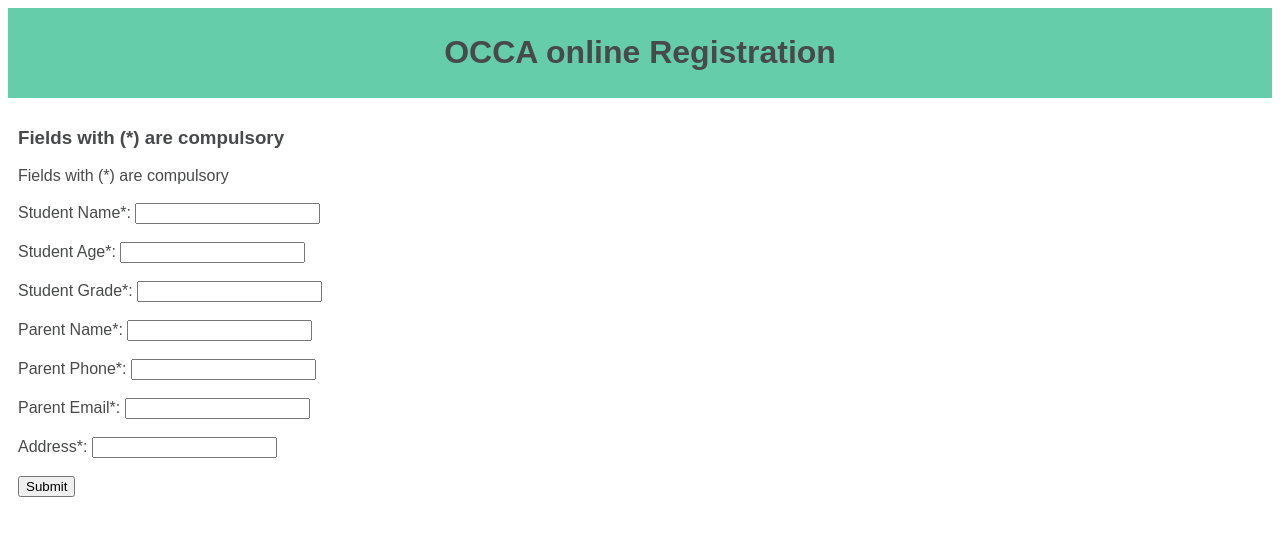
Repository: dreamxia329/TechExercise4830
Page: T3-0325-xia/T3-webProject-Xia/WebContent/register.html
An editor plug-in stored every save of this project. The page is shown before and after the next save, followed by the edit.
The browser window is 1280 px wide. The pictures show the whole page.

Above is the page before, as saved 2022-03-31 17:31:17.

After the next save:
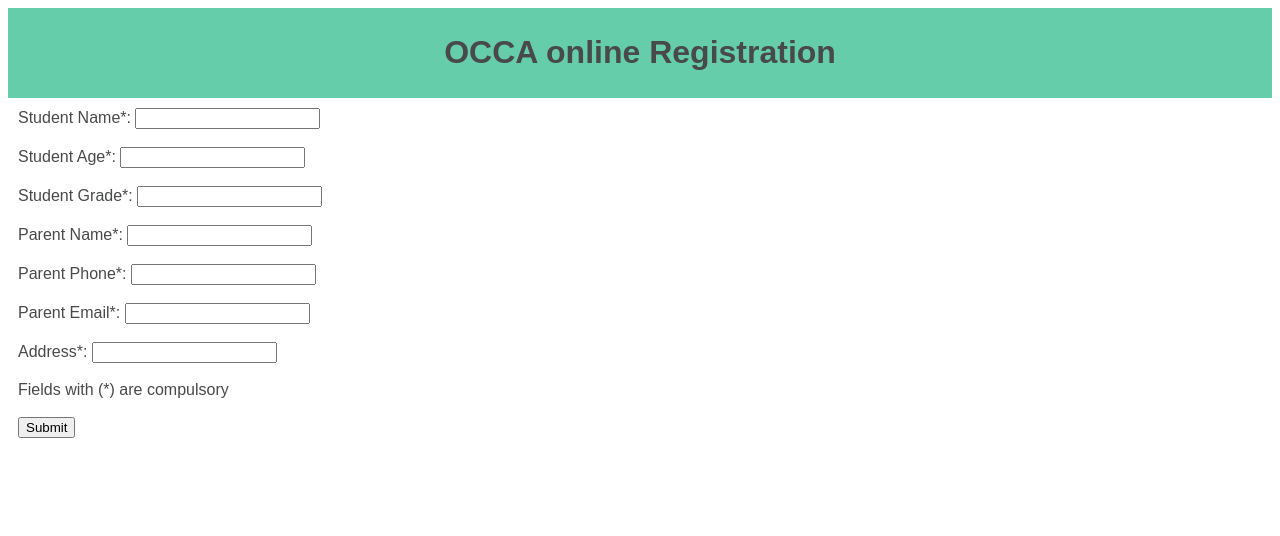
Saved 50 s later.
--- a/T3-0325-xia/T3-webProject-Xia/WebContent/register.html
+++ b/T3-0325-xia/T3-webProject-Xia/WebContent/register.html
@@ -32,10 +32,8 @@ section {
 
 	<section>
 
-	<h3>Fields with (*) are compulsory</h3>
+		<form action="RegisterServlet" method="POST">
 
-		<form action="RegisterServlet" method="POST">
-			Fields with (*) are compulsory<br /><br />
 			Student Name*: <input type="text" name="studentName"> <br /><br />
 			Student Age*: <input type="text" name="studentAge"> <br /><br />
 			Student Grade*: <input type="text" name="studentGrade"> <br /><br />
@@ -43,7 +41,7 @@ section {
 			Parent Phone*: <input type="text" name="parentPhone"> <br /><br />
 			Parent Email*: <input type="text" name="parentEmail"> <br /><br />
 			Address*: <input type="text" name="address"> <br /><br />
-
+			Fields with (*) are compulsory<br /><br />
 
 			 <input type="submit" value="Submit" />
 		</form>
